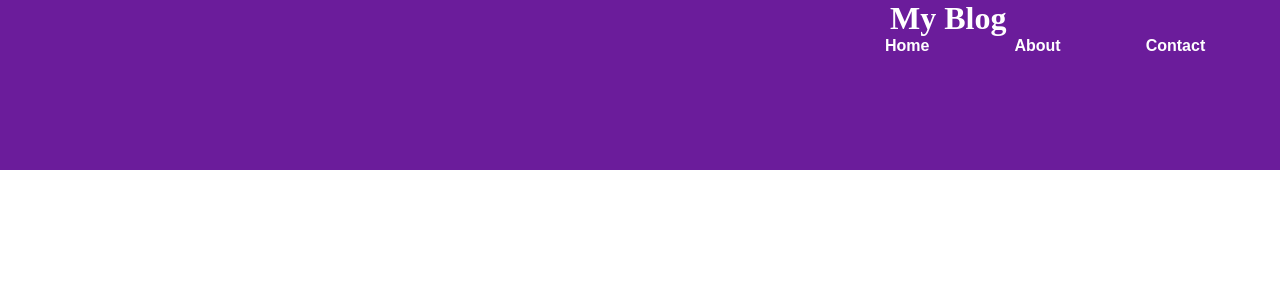
Repository: Femi007-gh/BLOG
Page: index.html
The author's editor kept a copy of each file at every save. The page is drawn from the files as they stood at one save, then again after a run of saves.
The browser window is 1280 px wide. The pictures show the whole page.

Above is the page before, as saved 2025-01-08 07:09:33.

After the next 3 saves:
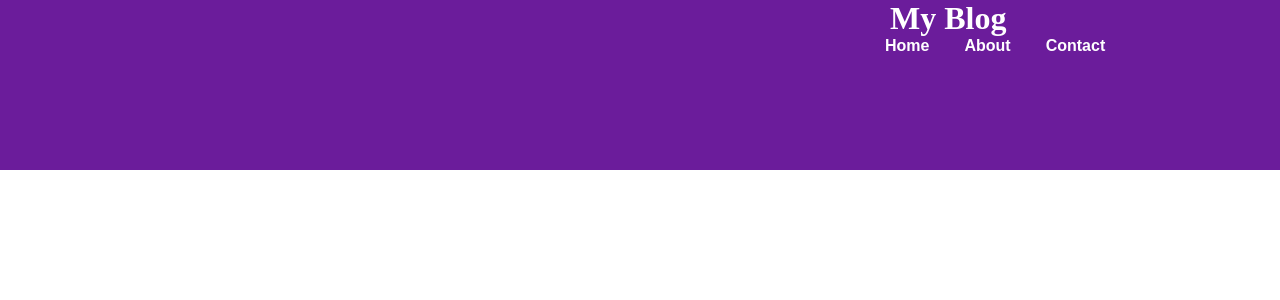
The 3 saves are shown as one change because they came seconds apart.
The last was saved 10 s later.
--- a/style.css
+++ b/style.css
@@ -32,7 +32,7 @@ nav ul {
   font-weight: bold;
   margin-left: 885px;
   justify-content: space-evenly;
-  margin-right: -800px;
+  margin-right: -850px;
 }
 
 li a{
